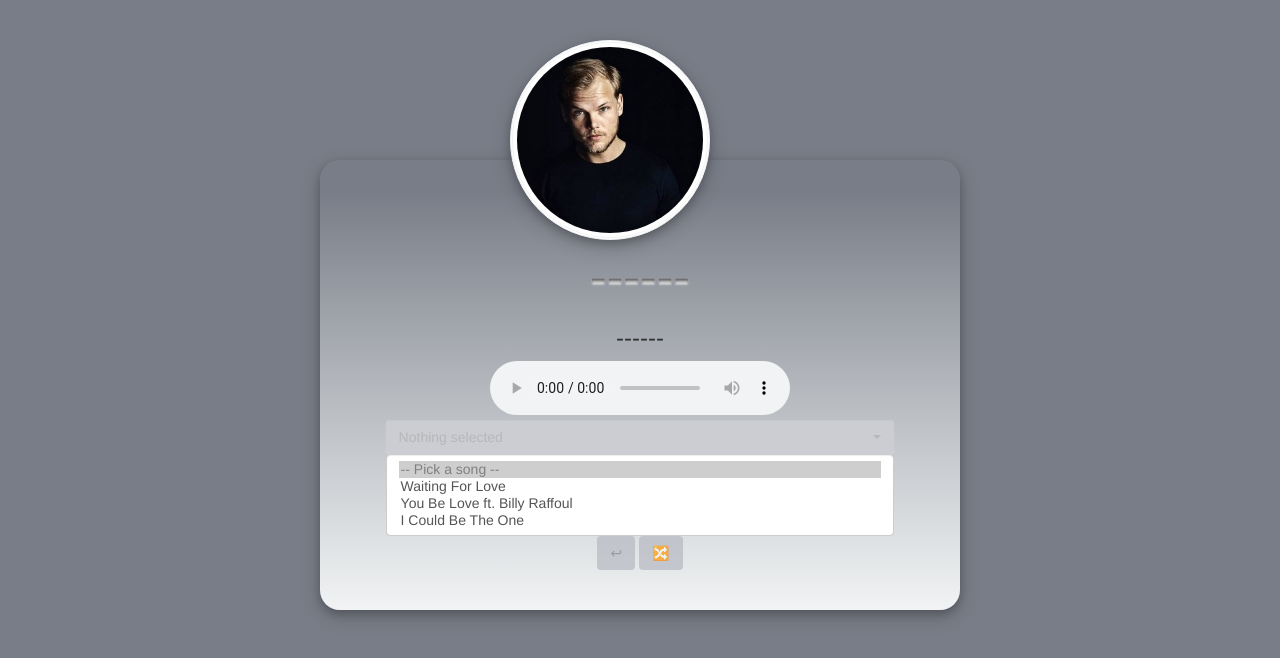
Repository: StanRodriguez/musicplayer
Page: index.html
The author's editor kept a record of every edit. The page is drawn from the files as they stood at one moment, then again after the next edit.
The browser window is 1280 px wide. The pictures show the whole page.
Some web libraries are served in a nearby version.

Above is the page before.

### index.html
<!DOCTYPE html>
<html>
<head>
    <meta charset="utf-8">
    <meta name="viewport" content="width=device-width, initial-scale=1">
	<title>Radio</title>
	<link href="https://stackpath.bootstrapcdn.com/bootstrap/4.1.3/css/bootstrap.min.css" rel="stylesheet" integrity="sha384-MCw98/SFnGE8fJT3GXwEOngsV7Zt27NXFoaoApmYm81iuXoPkFOJwJ8ERdknLPMO" crossorigin="anonymous">
    <link rel="stylesheet" href="https://cdnjs.cloudflare.com/ajax/libs/bootstrap-select/1.13.2/css/bootstrap-select.min.css">
    <link rel="stylesheet" href="css/main.css" type="text/css" />

    <link rel="stylesheet" href="https://maxcdn.bootstrapcdn.com/bootstrap/3.3.7/css/bootstrap.min.css">
  <script src="https://ajax.googleapis.com/ajax/libs/jquery/3.3.1/jquery.min.js"></script>
  <script src="https://maxcdn.bootstrapcdn.com/bootstrap/3.3.7/js/bootstrap.min.js"></script>



    <link href="https://fonts.googleapis.com/css?family=Chakra+Petch|Raleway" rel="stylesheet">
</head>
<body>
<div id="container">
    <img id="artistImage" src="" class="img-thumbnail">
    </img>
	<div class="words">
		<h1 id="song" >------</h1>
        <h3 id="artist">------</h3>
	</div>
    <audio class="audio" controls="controls" id="audio">
		<source type="audio/mpeg" src="">
	</audio>

    <!----- need to style this and add things -->
	<br>
	<div class="test">
    <select id="artists" class="form-control selectpicker" data-live-search="true">
        <!--<option value="Ariana Grade">Ariana Grande</option>-->
        <!--<option value="Ed Sheeran">Ed Sheeran</option>-->
        <!--<option value="Ariana Grade">Ariana Grande</option>-->
    </select>
    <!--<ul class="list-group">-->
    <!--    <li class="list-group-item">Waiting for Love</li>-->
    <!--    <li class="list-group-item">Cras justo odio</li>-->
    <!--</ul>-->
    <select id="songs" class="form-control">


    </select>
    <button type="button" class="btn" id="loop">&#8617;</button>

    <button type="button" class="btn" id="shuffle">&#128256;</button>

    </div>

    <!---- ############# ---->


</div>

</body>
</html>
<script
src="https://code.jquery.com/jquery-3.3.1.min.js"
integrity="sha256-FgpCb/KJQlLNfOu91ta32o/NMZxltwRo8QtmkMRdAu8="
crossorigin="anonymous"></script>
<script src="https://cdnjs.cloudflare.com/ajax/libs/popper.js/1.12.9/umd/popper.min.js" integrity="sha384-ApNbgh9B+Y1QKtv3Rn7W3mgPxhU9K/ScQsAP7hUibX39j7fakFPskvXusvfa0b4Q" crossorigin="anonymous"></script>
<script src="https://stackpath.bootstrapcdn.com/bootstrap/4.1.3/js/bootstrap.min.js" integrity="sha384-ChfqqxuZUCnJSK3+MXmPNIyE6ZbWh2IMqE241rYiqJxyMiZ6OW/JmZQ5stwEULTy" crossorigin="anonymous"></script>
<script src="https://cdnjs.cloudflare.com/ajax/libs/bootstrap-select/1.13.2/js/bootstrap-select.min.js"></script>
<script type="text/javascript" src="js/main.js"></script>

### css/main.css
* {
	outline: none
}

body {
background: rgb(121,125,135) !important;
background: linear-gradient(180deg, rgba(121,125,135,1) 7%, rgba(182,186,191,1) 73%, rgba(199,203,207,1) 90%);
    font-family: 'Raleway', sans-serif;
}

#container {
	position: absolute;
    /*box-sizing: border-box;*/
background: rgb(121,125,135);
background: linear-gradient(180deg, rgba(121,125,135,1) 7%, rgba(182,186,191,1) 52%, rgba(241,243,244,1) 100%);

	width: 50%;
	height: 450px;
	top: 50px;
	left: 0;
    text-align: center;
	padding: 20px 2%;
	box-shadow: 0 4px 8px 0 rgba(0, 0, 0, 0.2), 0 6px 20px 0 rgba(0, 0, 0, 0.19);
	border-radius: 20px;
	bottom: 0;
	right: 0;
	margin: auto;

}
.words{
	margin-top: 70px;
}

.words h1{
	font-size: 50px;
	margin: 0;
	color: #b6b9c1;
	background-color: #666666;
    -webkit-background-clip: text;
    background-clip: text;
    color: transparent;
    text-shadow: rgba(255,255,255,0.6) 0px 2px 2px;
}
h3 {
	font-family: 'Chakra Petch', sans-serif;
	color: #232426;
	font-size: 22px;
}

h6 {
    color: #4d4e56;
}

#artistImage {
  width: 200px;
  height: 200px;
  border: #F1F3F4 double;
  border-radius: 50%;
  position: absolute;
  right: 250px;
  bottom: 370px;
  box-shadow: 0 4px 8px 0 rgba(0, 0, 0, 0.2), 0 6px 20px 0 rgba(0, 0, 0, 0.19);
}

.test {
	padding: 0 40px;
}

.btn {
	background-color: #b6b9c1;
	opacity: 0.7;
	color: #797D87;
}

.btn:hover {
	opacity: 1;
	background-color: #FFFFFF;
	box-shadow: 1px 1px 5px white;
}

#shuffle:active,
#loop:active {
	background-color: rgba(137, 151, 183, 0.6);
}

### js/main.js
$(function() {
    const folder = "audio/";
    const ext = ".mp3";
	const singers = [
		{
	    	firstName:"Avicii",
	    	lastName:"",
	    	folder: "avicii/",
	    	pic:"images/avicii/1.jpg",
	    	songs:[
	    		"Waiting For Love","You Be Love ft. Billy Raffoul","I Could Be The One"
	    	]
		},
	    {
	    	firstName:"Bazzi",
	    	lastName:"",
	    	folder: "bazzi/",
	    	pic:"images/bazzi/1.jpg",
	    	songs:[
	    		"Beautiful feat. Camila"
	    	]
		}
	]

	class Radio{
		constructor(singers,folder,ext){
			this.singers = singers;
			this.folder = folder;
			this.ext = ext;
		}
		presentArtists(){
			// 		console.log(this.singers[0].songs[0])
			// for (let key in this.singers) {
			// 	console.log(this.singers[key].songs);
			// }
			// let singersLength = this.singers.length;
			//.attr('size',singersLength)
			$.each(this.singers,function (key, value ) {
				$('#artists').append(
					$("<option>").val(key).text(`${value.firstName} ${value.lastName}`)
				);
			});

			// console.log(this.singers[1].songs[0]);
			//\ this.changeSongList();
		}
		changeSongList(){
			//I cannot use this.singers inside the function
			let singers = this.singers;

			//when another singer is selected
			$("#artists").on("change",this.updateSongList);
		}
		updateSongList(){
			//console.log(this.singers);
			//empty the list of songs before adding them
			$("#songs").empty();

			//Grab the selected artist
			let selectedArtist = $("#artists").val();

			// console.log(singers[selectedArtist].pic);
			 $("#artistImage").attr("src",singers[selectedArtist].pic);
			//grab the songs of the selected artist
			let songs = singers[selectedArtist].songs;

			//grab the length of the song so I can set the limit of the list
			let songsLength = songs.length;
			// console.log(songs);
			// <option disabled selected value> -- select a song -- </option>
			$("#songs").append(
					$("<option>").attr("disabled","disabled").attr("selected","selected").attr("value",null).text("-- Pick a song --")
				);
			$.each(songs,function (key, value) {
				// body...
				// .attr("size",songsLength)
				$("#songs").attr("size",songsLength+1).append(
					$("<option>").val(key).text(`${value}`)
				);
			});
		}
		playSong(){
			let then = this;
			$("#songs").on("change",function () {
				// body...
				let selectedSong =$("#songs option:selected");
				let selectedArtist =$("#artists option:selected");
				let selectedArtistFolder =then.singers[selectedArtist.val()].folder;

				$("#song").text(selectedSong.text());
				$("#artist").text(selectedArtist.text());

				let audio = document.getElementById("audio");
				 //$("#player").attr("src","").play;
				audio.setAttribute("src", then.folder+selectedArtistFolder+selectedSong.text()+then.ext);
				audio.play();
			});
		}
		toggleLoop(){
			$("#loop").on("click",function() {
			    let audio = document.getElementById("audio");
				if (audio.loop) {
					audio.loop = false;
					$("#loop").removeClass("btn-primary");
				}
				else{
					audio.loop = true;
					$("#loop").addClass("btn-primary");
				}
			});
		}
		toggleShuffle(){
			let then = this;
			$("#shuffle").on("click",function() {
			     let songsLength = $("#songs option").length-1;
			     let randomIndex = Math.floor(Math.random()* songsLength);
			     //console.log(randomIndex);
			     $("#songs > option").each(function () {
			     	 console.log(randomIndex +":"+ this.value)
			     	if (randomIndex == this.value) {
			     		$("#songs").val(randomIndex);
			     		$("#songs").trigger("change");
			     		 console.log("selected!");
			     	}
			     	// console.log(index +":"+ this.value);
			     });
			});

		}
	}


	let radio = new Radio(singers,folder,ext);
	radio.presentArtists();
	radio.updateSongList();
	radio.changeSongList();
	radio.playSong();
	radio.toggleLoop();
	radio.toggleShuffle();
});

After the next edit:
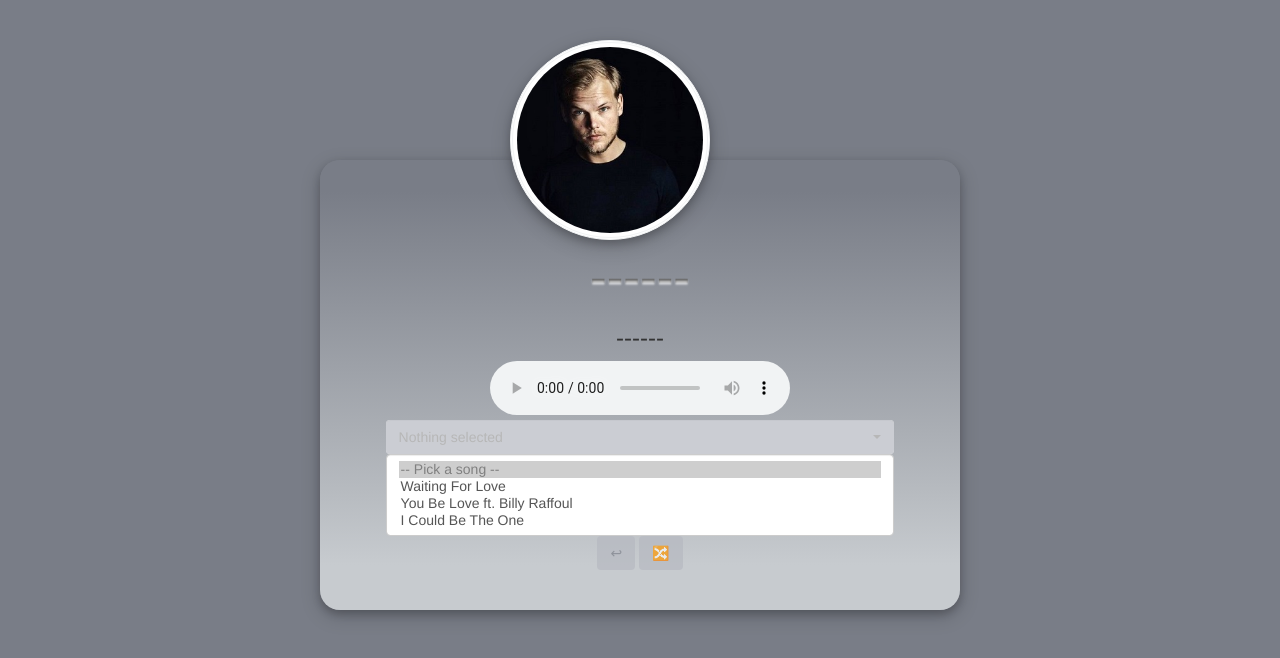
The edit:
--- a/css/main.css
+++ b/css/main.css
@@ -12,8 +12,7 @@
 	position: absolute;
     /*box-sizing: border-box;*/
 background: rgb(121,125,135);
-background: linear-gradient(180deg, rgba(121,125,135,1) 7%, rgba(182,186,191,1) 52%, rgba(241,243,244,1) 100%);
-
+background: linear-gradient(180deg, rgba(121,125,135,1) 7%, rgba(182,186,191,1) 73%, rgba(199,203,207,1) 90%);
 	width: 50%;
 	height: 450px;
 	top: 50px;
